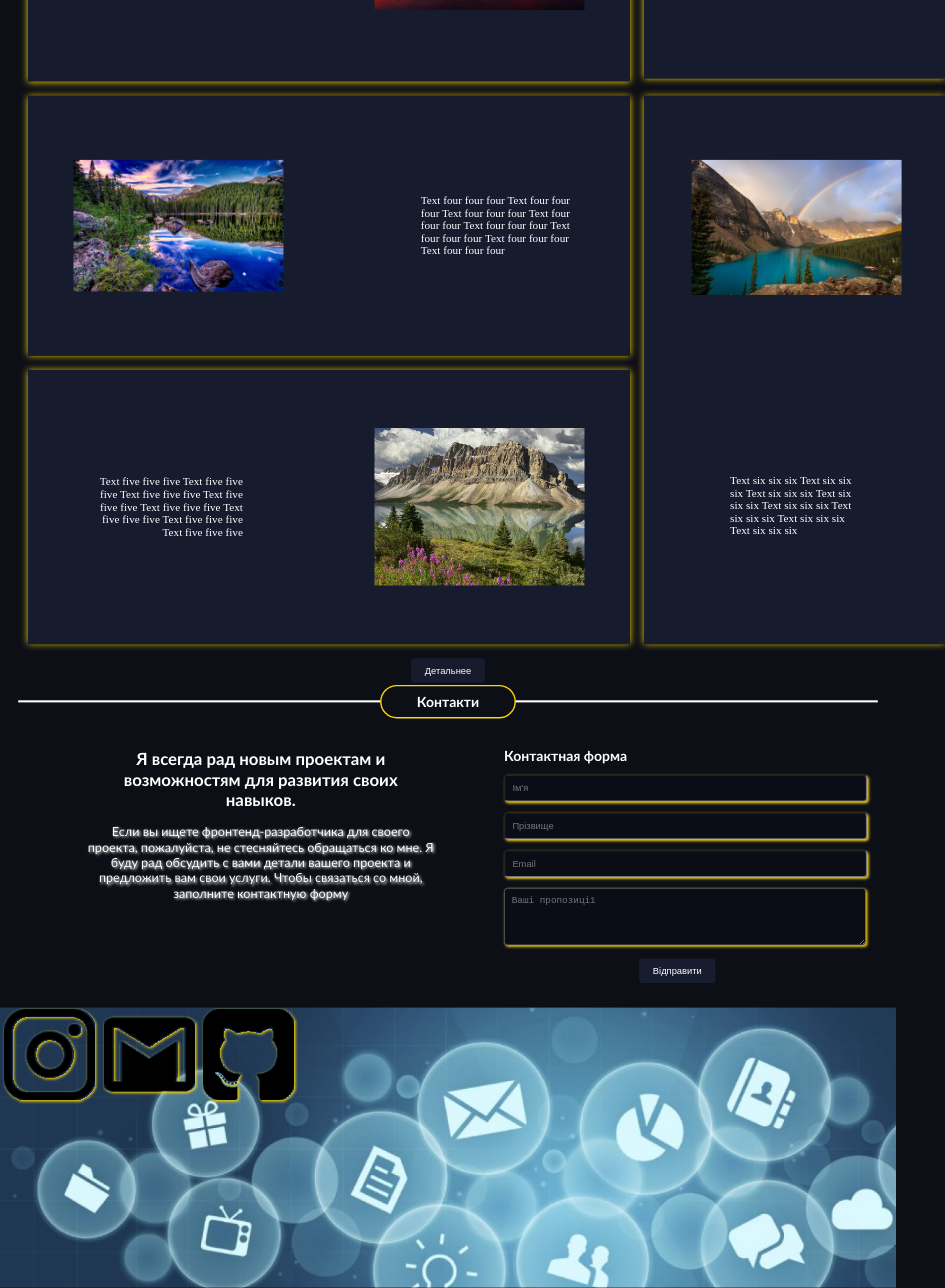
Repository: qtqqrdy13/cv-2
Page: index.html
These files come from the project's save history. The page is drawn as it stood at one moment and after the next save; the edit follows.
The browser window is 1280 px wide. The page is 1350 px wide, so the pictures cover 1350 px, including what lies to the right of the window. The pictures show the part of the page from y = 3628 to 5468 px (the page is 5468 px tall), at 70% of full size.

Above is the page before, as saved 2023-10-12 16:39:02.

After the next save:
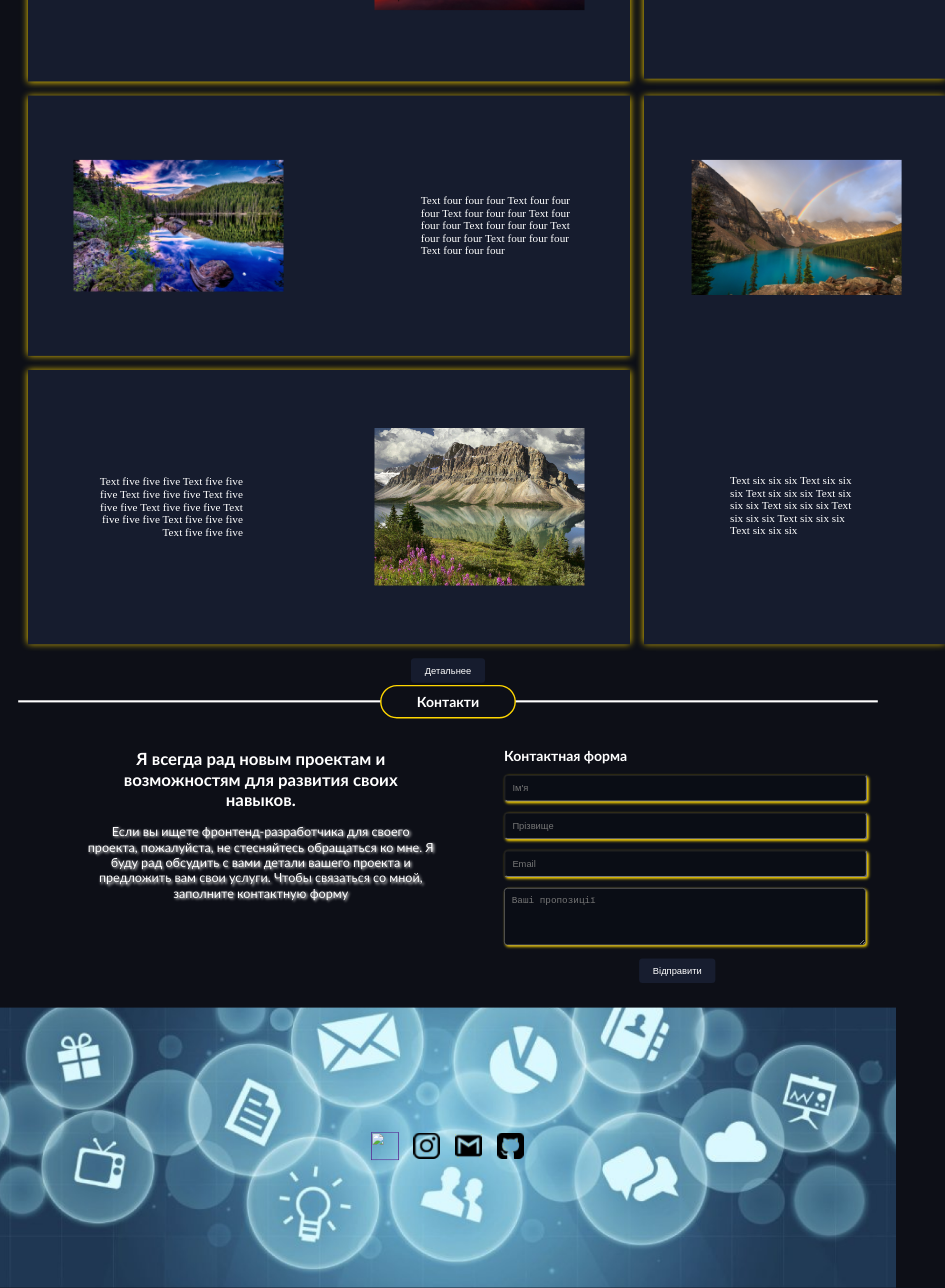
Saved 4 min 58 s later.
--- a/main.css
+++ b/main.css
@@ -747,4 +747,28 @@ footer{
     width: 100%;
     height:400px;
     background-image:url('./image/icons/13123213213213213.png');
-}
+    position: relative;
+    background-position: center center;
+}
+.social_icons{
+    position:absolute;
+    top:50%;
+    left: 50%;
+    transform:translate(-50%, -50%);
+    display: flex;
+    justify-content: center;
+    align-items: center;
+}
+.social_icons a{
+    margin:0 10px;
+}
+.social_icons img{
+    width: 40px;
+    height: 40px;
+    transition: transform 0.6s ease-in-out;
+}
+.social_icons img:hover{
+    transform: scale(1.2);
+
+
+}
